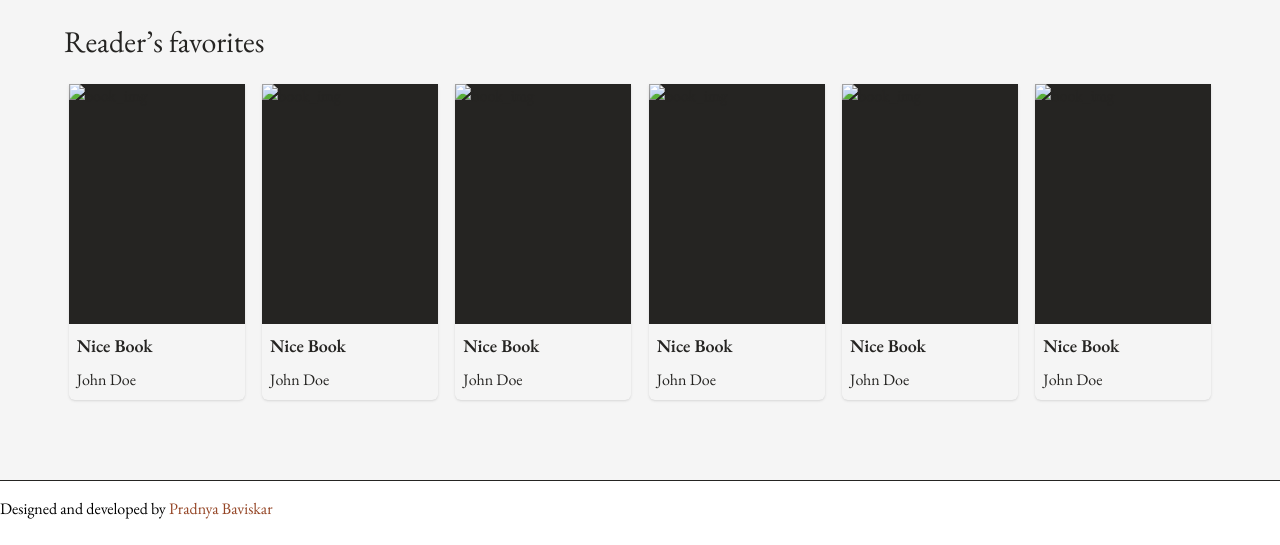
Repository: Pradnya-07/Pradnya-s_Library
Page: / (app in frontend/)
These files come from the project's save history. The page is drawn as it stood at one moment and after the next save; the edit follows.
The browser window is 1280 px wide. The pictures show the part of the page from y = 740 to 1285 px (the page is 1285 px tall before and 969 px after).
The page's requests for data from a server got no answer. The project was rebuilt for these pictures with package versions that can differ from the ones it lists, and the page was loaded fresh each time. No one was signed in, and anything a server would have sent is missing. Also part of the build but not shown: frontend/vite.config.js, frontend/src/pages/login.jsx, frontend/src/pages/signup.jsx, frontend/src/pages/addbook.jsx, frontend/src/providers/RedirectAuthenticatedUsers.jsx, frontend/src/providers/RedirectUnauthenticatedUsers.jsx. Imported but missing from the stored project, and not drawn on this page: frontend/src/assets/bg_video.mp4.

Above is the page before, as saved 2025-03-02 18:24:16.

### frontend/src/main.jsx
import { BrowserRouter } from 'react-router'
import { StrictMode } from 'react'
import { createRoot } from 'react-dom/client'
import './index.css'
import App from './App.jsx'

createRoot(document.getElementById('root')).render(
  <StrictMode>
    <BrowserRouter>
      <App />
      </BrowserRouter>
  </StrictMode>,
)

### frontend/src/index.css
@import url("https://fonts.googleapis.com/css2?family=EB+Garamond:ital,wght@0,400..800;1,400..800&display=swap");

@import "tailwindcss";

* {
    font-family: "EB Garamond", serif;
    font-optical-sizing: auto;
    font-style: normal;
  }

### frontend/src/App.jsx
import { Route, Routes } from "react-router"
import { useState, useEffect } from 'react'
import Homepage from './pages/homepage'
import Loginpage from './pages/login'
import Signuppage from './pages/signup'
import Navbar from "./components/navbar"
import Addbook from "./pages/addbook"
import { Toaster } from "react-hot-toast"
import { useAuthStore } from "./store/authStore";
import RedirectAuthenticatedUser from "./providers/RedirectAuthenticatedUsers"
import RedirectUnauthenticatedUser from "./providers/RedirectUnauthenticatedUsers"
import Footer from "./components/footer"

function App() {

  const { fetchUser, fetchingUser } = useAuthStore();

  useEffect(() => {
    fetchUser();
  }, [fetchUser]);

  if (fetchingUser) {
    return <p>Loading...</p>;
  }
  return (
    <>
      <Toaster />
      <Navbar />
      <Routes>
        <Route path={"/"} element={<Homepage />} />
        <Route path={"/login"} element={<RedirectAuthenticatedUser>
          <Loginpage />
        </RedirectAuthenticatedUser>} />
        <Route path={"/signup"} element={<RedirectAuthenticatedUser>
          <Signuppage />
        </RedirectAuthenticatedUser>} />
        <Route path={"/add-book"} element={<RedirectUnauthenticatedUser>
          <Addbook />
        </RedirectUnauthenticatedUser>} />
      </Routes>
      <Footer />
    </>
  )
}

export default App

### frontend/src/pages/homepage.jsx
import Hero from '../components/hero'
import BookList from '../components/booklist'

const Homepage = () => {
  return (
    <div>
      <Hero />
      <BookList />
    </div>
  );
};

export default Homepage;

### frontend/src/components/navbar.jsx
import { React } from 'react'
import { Link } from "react-router"
import { useAuthStore } from '../store/authStore'
import toast from 'react-hot-toast';


const Navbar = () => {
    const { user, logout } = useAuthStore();
    console.log("User:", user);

    const handleLogout = async () => {
        const { message } = await logout();
        toast.success(message);
    }
    return (
        <nav className="bg-[#252422] flex justify-between items-center text-[#FFFCF2] px-4 md:px-12 py-4 md:py-6 ">
            <Link to={"/"}>
                <label className="font-semibold tracking-wider md:text-lg lg:text-xl cursor-pointer">FavLib</label>
            </Link>

            {user ? (
                <div className="flex items-center space-x-5 md:text-lg">
                    <Link to={"/add-book"}>
                        <p className="bg-[#403D39] px-3 py-2">Add Book</p>
                    </Link>

                    <p onClick={handleLogout}>Logout({user.username})</p>
                </div>
            ) : (
                <div className="flex items-center space-x-5 md:text-lg">
                    <Link to={"/login"}>Add Book</Link>
                    <Link to={"/login"}>Login</Link>
                    <Link to={"/signup"}>
                        <button className="bg-[#403D39] px-3 py-2">Sign up</button></Link>
                </div>
            )}
        </nav>

    )
}

export default Navbar

### frontend/src/store/authStore.js
import { create } from "zustand";
import axios from "axios";


const API_URL = "http://localhost:4000/api";
axios.defaults.withCredentials = true;

export const useAuthStore = create((set) => ({
    // initial states
    user: null,
    isLoading: false,
    error: null,
    message: null,
    fetchingUser: true,

    //functions

    signup: async (username, email, password) => {
        set({ isLoading: true, message: null, error: null });

        try {
            const response = await axios.post(`${API_URL}/signup`,
                { username, email, password, },
                { headers: { "Content-Type": "application/json" } });

            set({ user: response.data.user, isLoading: false, message: response.data.message });

        } catch (error) {
            console.error("Signup error:", error.response?.data);

            set({
                isLoading: false,
                error: error.response.data.message || "Error signing up.",
            });
            throw error;
        }
    },

    login: async (email, password) => {
        set({ isLoading: true, message: null, error: null });

        try {
            console.log("Sending request with in login function:", { email, password });
            const response = await axios.post(`${API_URL}/login`,
                { email, password });
            const { user, message } = response.data;
            set({ user, isLoading: false, message });
            return { user, message };

        } catch (error) {
            //console.error("Login error:", error.response.data);

            set({
                isLoading: false,
                error: error.response.data.message || "Error Logging in.",
            });
            throw error;
        }
    },


    fetchUser: async () => {
        set({ fetchingUser: true, error: null });

        try {
            const response = await axios.get(`${API_URL}/fetch-user`);

            set({ user: response.data.user, fetchingUser: false });

        } catch (error) {
            set({
                fetchingUser: false,
                error: null,
                user: null,
            });
            throw error;
        }
    },

    logout: async () => {
        set({ isLoading: true, error: null, message: null });
        try {
            const response = await axios.post(`${API_URL}/logout`);

            const { message } = response.data;

            set({ message, isLoading: false, user: null, error: null });

            return { message };
        } catch (error) {
            set({
                isLoading: false,
                error: error.response.data.message || "Error Logging out.",
            });
            throw error;
        }
    }
}));

### frontend/src/components/footer.jsx
import { Link } from "react-router";
const Footer = () => {
    return (
        <div>
              <h3 className="border-t border-[#252422] pt-4 pb-6 italic">
        Designed and developed by{" "}
        <Link to={"/"} target="_blank" className="text-[#944424]">
          Pradnya Baviskar
        </Link>
      </h3>
        </div>
    )
}

export default Footer;

### frontend/src/components/hero.jsx
import BgVideo from "../assets/bg_video.mp4";

const Hero = () => {
    return (
        <div className="relative h-[75vh] lg:h-[90vh] text-[#FFFCF2] px-4 md:px-12 overflow-hidden">

            <div className="bg-[#252422] w-full h-full absolute top-0 left-0 opacity-80 -z-10"></div>
            <div className="absolute inset-0 -z-20">
                <video className="object-cover object-center w-full h-full"
                    autoPlay loop muted>
                    <source src={BgVideo} type="video/mp4" />
                </video>
            </div>

            <div className="w-full h-full flex flex-col justify-center items-center !z-50">
            <h1 className="text-3xl md:text-4xl lg:text-6xl pb-8 lg:pb-12 text-center max-w-5xl -mt-20">
          Share your <span className="text-[#EB5E28]">favorite</span> books and{" "}
          <span className="text-[#EB5E28]">discover</span> new ones from readers
          like you.
        </h1>

        <form  className="relative w-full max-w-sm md:max-w-xl lg:max-w-3xl text-base lg:text-lg">
            <input type="text"  className="w-full px-3 py-1.5 md:py-2 text-[#252422] rounded-lg placeholder:text-gray-600 bg-[#FFFCF2]"/>

            <button placeholder="Type anything to search here"
             className="absolute right-0 top-0 bottom-0 bg-[#403D39] px-4 border border-white transitionfont-semibold rounded-r-lg">Search</button>
        </form>
            </div>
        </div>
    )
}

export default Hero;

### frontend/src/components/booklist.jsx

import { Link } from "react-router";
const BookList = () => {

    const books = ["", "", "", "", "", ""];
    return (

        <div className="text-[#252422] bg-[#f5f5f5] px-4 md:px-12 pb-20">
            <h1 className="py-6 text-xl md:text-2xl lg:text-3xl w-full mx-auto max-w-6xl">
                Reader&rsquo;s favorites
            </h1>

            <div className="flex flex-wrap justify-around space-x-2 gap-y-5 lg:gap-y-8 w-full max-w-6xl mx-auto">
                {books.map((book, index) => (
                    <Link key={index} to={`/book/${book._id}`}>
                        <div className="cursor-pointer w-[9rem] md:w-[10.5rem] xl:w-[11rem] shadow-sm hover:shadow-md rounded-b-md">
                            <div className="min-w-[9rem] md:min-w-[10.5rem] xl:min-w-[11rem] h-[12rem] md:h-[13.5rem] lg:h-[13rem] xl:h-[15rem] bg-[#252422]">
                                <img
                                    src={book.image}
                                    alt="book_img"
                                    className="min-w-[9rem] md:min-w-[10.5rem] xl:min-w-[11rem] h-[12rem] md:h-[13.5rem] lg:h-[13rem] xl:h-[15rem] object-cover object-center"
                                />
                            </div>

                            <div className="p-2 flex flex-col">
                                <h2 className="flex-1 mb-2 font-semibold text-base md:text-lg">
                                    {book.title}Nice Book
                                </h2>
                                <p className="text-sm md:text-base">{book.author}John Doe</p>
                            </div>
                        </div>
                    </Link>
                ))}
            </div>
        </div>
    )
}

export default BookList;

### frontend/src/store/bookStore.js
import { create } from "zustand";
import axios from "axios";


const API_URL = "http://localhost:4000/api";
axios.defaults.withCredentials = true;

export const useBookStore = create((set) => ({
    // initial states
    book: null,
    books: [],
    isLoading: false,
    error: null,
    message: null,

    //functions

    addBook: async (image, title, subtitle, author, link, review) => {
        set({ isLoading: true, error: null, message: null })

        try {
            const response = await axios.post(`${API_URL}/add-book`, {
                image,
                title,
                subtitle,
                author,
                link,
                review,
            });

            const { message, book } = response.data;

            set({ book, message, isLoading: false });

            return { message, book };
        } catch (error) {
            set({
                isLoading: false,
                error: error.response.data.message || "Error adding book.",
            });
            throw error;
        }
    },

    fetchBooks: async () => {
        set({ isLoading: true, error: null });
        try {
            const response = await axios.get(`${API_URL}/fetch-books`);

            set({ books: response.data.books, isLoading: false });
        } catch (error) {
            set({
                isLoading: false,
                error: error.response.data.message || "Error fetching books.",
            });
            throw error;
        }
    }



}));

Loaded but not shown: frontend/index.html (common file)

After the next save:
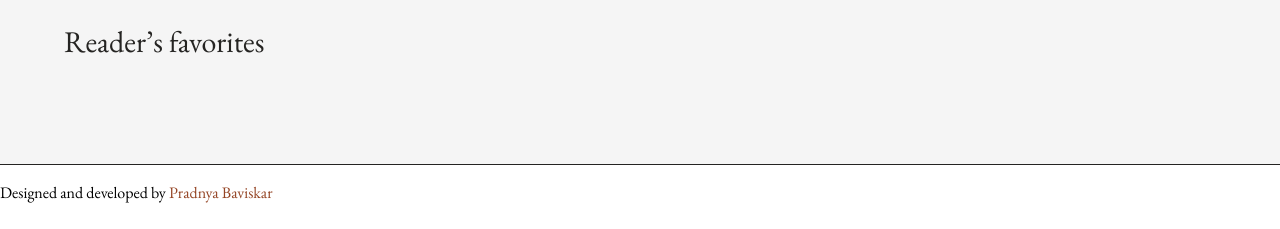
Saved 98 s later.
--- a/frontend/src/components/booklist.jsx
+++ b/frontend/src/components/booklist.jsx
@@ -1,8 +1,12 @@
 
 import { Link } from "react-router";
+import { useEffect } from "react";
+import { useBookStore } from "../store/bookStore";
+
+
 const BookList = () => {
 
-    const books = ["", "", "", "", "", ""];
+    const { books, fetchBooks } = useBookStore();
     return (
 
         <div className="text-[#252422] bg-[#f5f5f5] px-4 md:px-12 pb-20">
